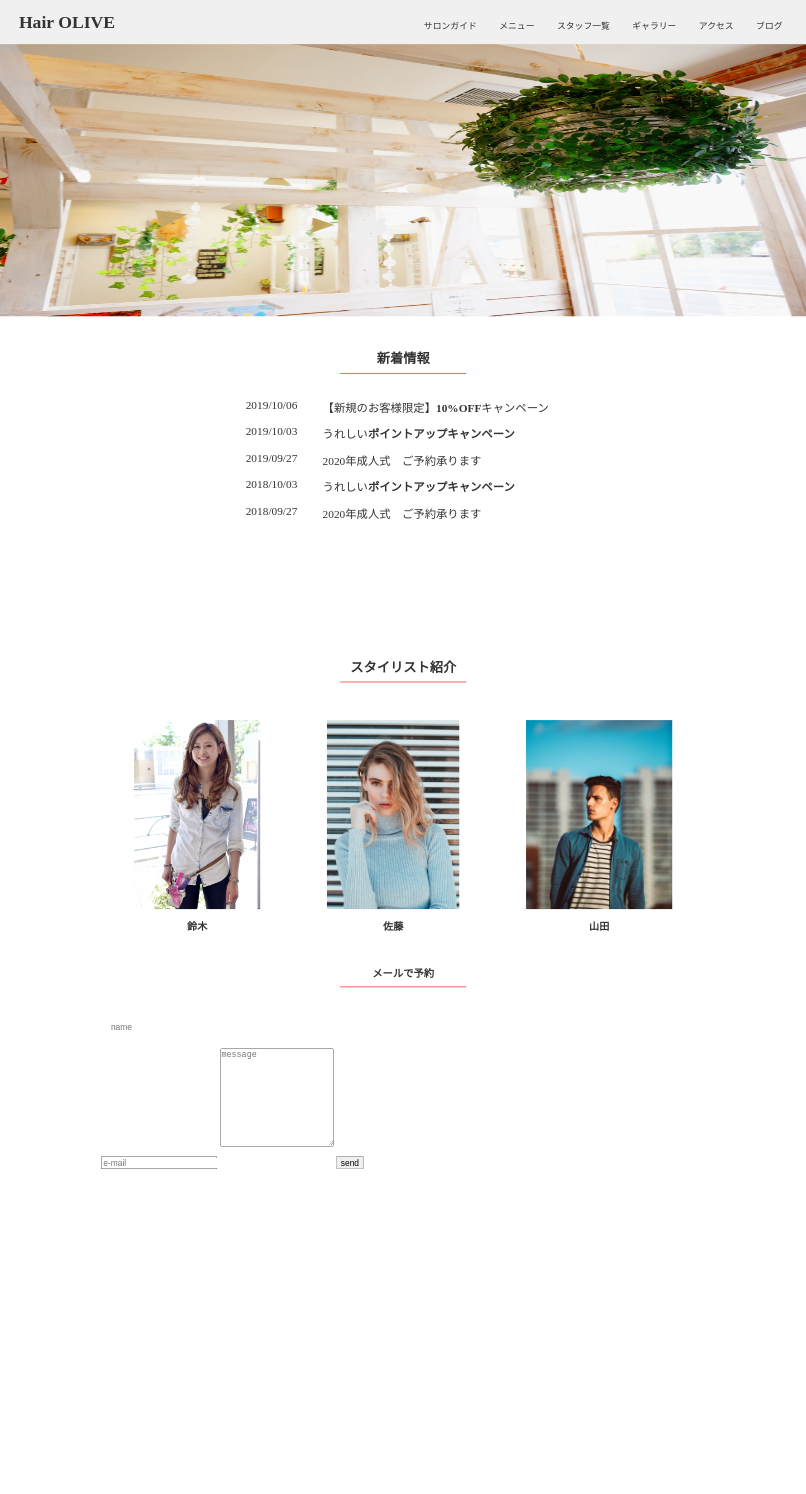
Repository: m-mao/firsa_app
Page: html_css/hair_olive/index.html
The author's editor kept a record of every edit. The page is drawn from the files as they stood at one moment, then again after the next edit.
The browser window is 1280 px wide. The pictures show the whole page, at 63% of full size.

Above is the page before.

### html_css/hair_olive/index.html
<!DOCTYPE HTML>
<html>
  <head>
    <meta charset="UTF-8">
    <link rel="stylesheet" href="style.css">
    <title>Hair OLIVE</title>
  </head>
  <body>
  <header>
      <div class="heading">
        <h1 class="title">Hair OLIVE</h1>
      </div>
      <div class="navbar">
        <ul class="nav-lists">
          <li>サロンガイド</li>
          <li>メニュー</li>
          <li>スタッフ一覧</li>
          <li>ギャラリー</li>
          <li>アクセス</li>
          <li>ブログ</li>
        </ul>
      </div>
  </header>

  <div class="contents">
      <div class="first-view">
        <img src="images/hero.jpg" alt="トップ画面" class="top-image"></img>
      </div>
      <div class="upper-content">
        <h2 class="heading-name">新着情報</h2>
        <ul class="messages">
          <li class="message">
            <div class="message-date">2019/10/06</div>
            <div>【新規のお客様限定】<b>10%OFF</b>キャンペーン</div>
          </li>
          <li class="message">
            <div class="message-date">2019/10/03</div>
            <div>うれしい<b>ポイントアップキャンペーン</b></div>
          </li>
          <li class="message">
            <div class="message-date">2019/09/27</div>
            <div>2020年成人式　ご予約承ります</div>
          </li>
          <li class="message">
            <div class="message-date">2018/10/03</div>
            <div>うれしい<b>ポイントアップキャンペーン</b></div>
          </li>
          <li class="message">
            <div class="message-date">2018/09/27</div>
            <div>2020年成人式　ご予約承ります</div>
          </li>
        </ul>
      </div>
      <div class="middle-content">
        <h2 class="heading-name">スタイリスト紹介</h2>
        <ul class="stylist-list">
          <li>
            <img src="images/staff1.jpg" alt="staff1" class=stylist-image>
            <h4 class="stylist-name">鈴木</h4>
          </li>
          <li>
            <img src="images/staff2.jpg" alt="staff2" class=stylist-image>
            <h4 class="stylist-name">佐藤</h4>
          </li>
          <li>
            <img src="images/staff3.jpg" alt="staff3" class=stylist-image>
            <h4 class="stylist-name">山田</h4>
          </li>
        </ul>
      </div>
      <div class="bottom-content">
        <h3 class="heading-name">メールで予約</h3>
          <form>
            <input type="text" placeholder="name" class="name-form">
            <input type="text" placeholder="e-mail" class="email-form">
            <textarea placeholder="message" class="message-form"></textarea>
            <input type="submit" value="send" class="send"/>
          </form>
        <!-- 『フォーム』を表示する -->
      </div>
    </div>
    <footer>

    </footer>
  </body>
</html>

### html_css/hair_olive/style.css
/* リセットCSS */
body {
  font-size: 14px;
  color: #333;
  margin: 0 auto;
}
h1,h2,h3,h4,h5,h6,p {
  padding: 10px 0;
  margin: 0;
}

ul,li {
  padding: 0;
  margin: 0;
}

/* ヘッダー */
header {
    height: 50px;
    background-color: #f0f0f0;
    padding: 10px 0;
    display: flex;
}

.heading {
    width: 50%;
    margin-left: 30px;
}

.navbar {
    width: 50%;
    padding: 20px;
}

.nav-lists {
    display: flex;
    justify-content: space-around;
}

li {
    list-style: none;
}

/* first-viewクラスからbottom-contentクラスまでの要素の親要素*/
.contents {
    background-color: white;
}

.first-view {
    height: 60vh;
    background-color: pink;
}

.top-image {
    height: 100%;
    width: 100%;
}

/* 新着情報 */
.upper-content {
    height:450px;
    margin: 0 160px;
}

.heading-name {
    text-align: center;
    border-bottom: 1px solid red;
    width: 200px;
    margin: 40px auto;
}

.messages {
    width: 50vw;
    margin: 0 auto;
}

.message {
    display: flex;
    font-size: 18px;
    margin: 0 0 16px 70px;
}

.message-date {
    padding-right: 40px;
}

/* スタイリスト紹介 */
.middle-content {
    height:450px;
    margin: 0 160px;
}

.stylist-list {
    display: flex;
    justify-content: space-around;
    margin: 60px 0;
}

.stylist-image {
    height: 300px;
}

.stylist-name {
    font-size: 16px;
    text-align: center;
}

/* フォーム */
.bottom-content {
    height:800px;
    margin: 0 160px;
}

.name-form {
  margin-bottom: 10px;
}

.message-form {
  height: 150px;
  margin-bottom: 30px;
}

.name-form,
.email-form
.message-form {
  width: 500px;
  padding: 15px;
  border: 1px solid white;
  display: block;
}

/* フッター */
footer {
    height:50px;
    background-color: white;
}

After the next edit:
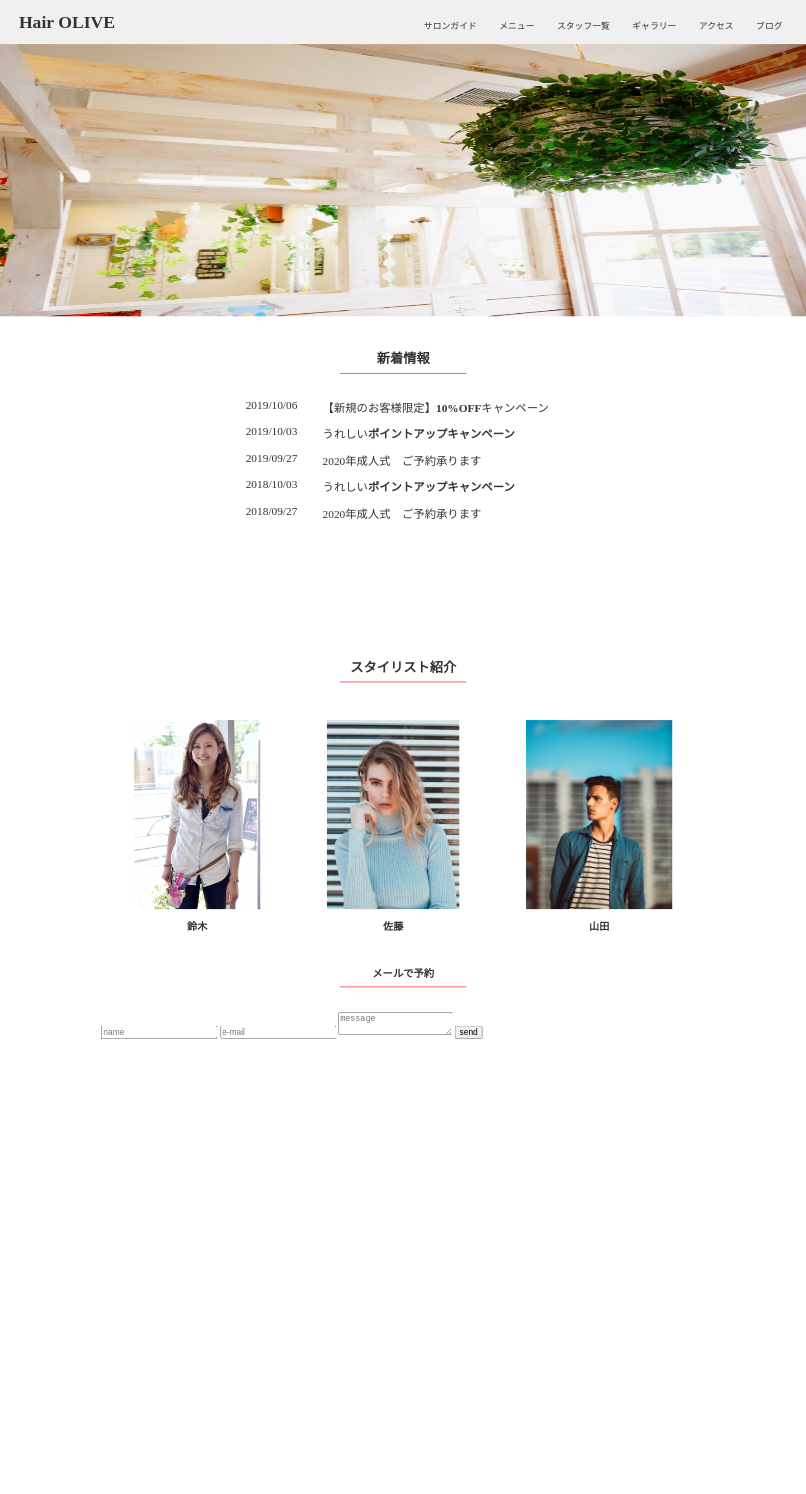
The edit:
--- a/html_css/hair_olive/index.html
+++ b/html_css/hair_olive/index.html
@@ -71,9 +71,9 @@
       <div class="bottom-content">
         <h3 class="heading-name">メールで予約</h3>
           <form>
-            <input type="text" placeholder="name" class="name-form">
-            <input type="text" placeholder="e-mail" class="email-form">
-            <textarea placeholder="message" class="message-form"></textarea>
+            <input type="text" placeholder="name" class="small-field">
+            <input type="text" placeholder="e-mail" class="small-field">
+            <textarea placeholder="message" class="large-field"></textarea>
             <input type="submit" value="send" class="send"/>
           </form>
         <!-- 『フォーム』を表示する -->
